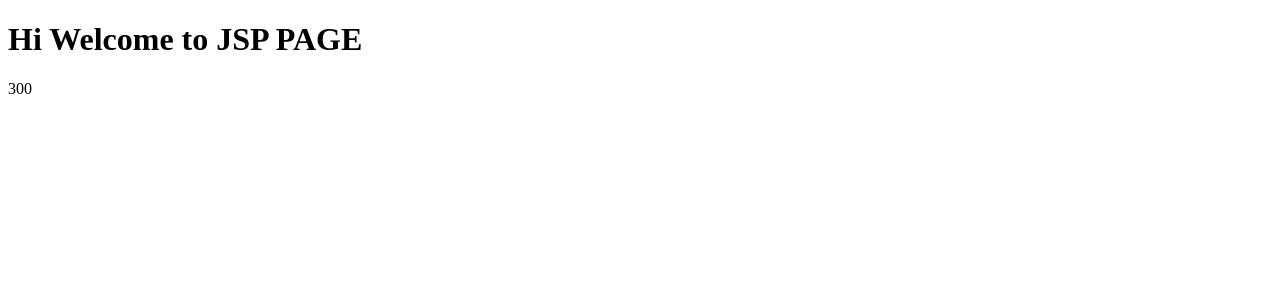
Repository: Thaneshwara848/JSP_Demo
Page: http://localhost/WebDemo2/Login.jsp
These files come from the project's save history. The page is drawn as it stood at one moment and after the next save; the edit follows.
The browser window is 1280 px wide. The pictures show the whole page.
The page is served by Tomcat 9.

Above is the page before, as saved 2022-08-10 15:11:47.

After the next save:
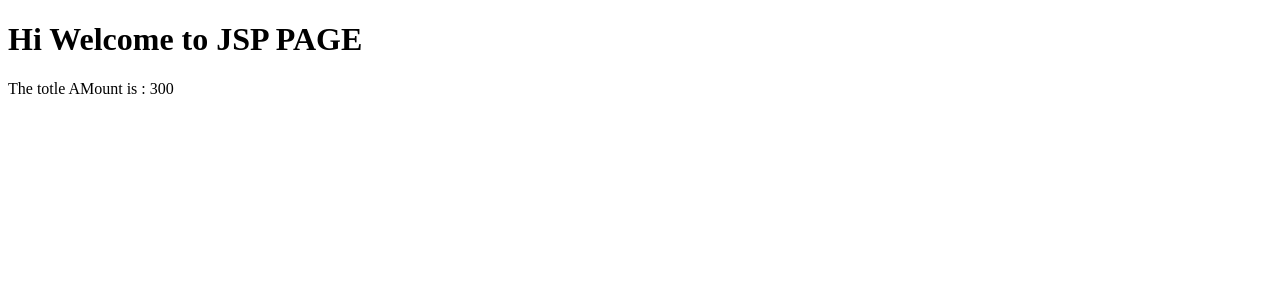
Saved 32 s later.
--- a/WebDemo2/src/main/webapp/Login.jsp
+++ b/WebDemo2/src/main/webapp/Login.jsp
@@ -19,9 +19,7 @@
 
 %>
 
-<%=c
-
-%>
+The totle AMount is : <%=c%>
 
 
 
